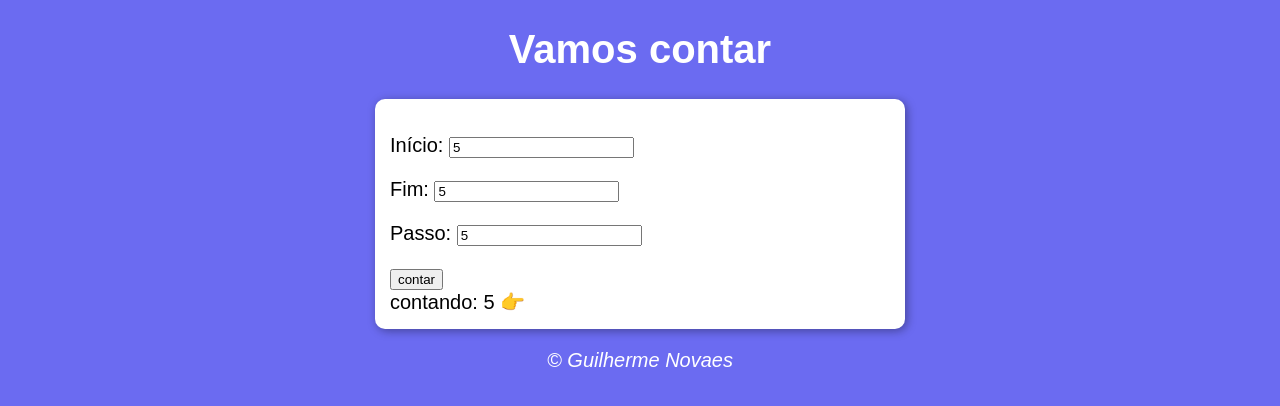
Repository: Guilherme-RNovaes/JavaScript-Curso
Page: Aula 14ex/ex016/index.html
An editor plug-in stored every save of this project. The page is shown before and after a run of saves, followed by the edit.
The browser window is 1280 px wide. The pictures show the whole page.
Empty fields were first filled with sample values (such as "Sample", 5 or name@example.com).
After loading, the first visible `#dados > input` was clicked once.

Above is the page before, as saved 2022-09-07 11:28:19.

After the next 3 saves:
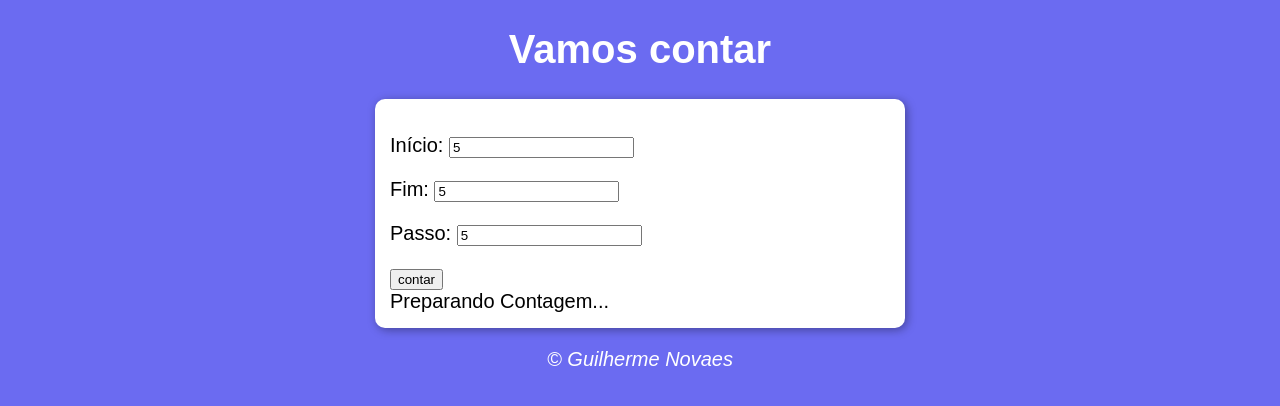
Console error (its wording comes from the project's code and is left out).
The 3 saves are shown as one change because they came seconds apart.
The last was saved 27 s later.
--- a/Aula 14ex/ex016/script.js
+++ b/Aula 14ex/ex016/script.js
@@ -15,6 +15,6 @@
         for(let c = i; c <= f; c += p){
             res.innerHTML += `${c} \u{1F449}`
         }
-        res.innerHTML += ``
+        res.innerHTML += `\u{}`
     }
 }

After the save that followed:
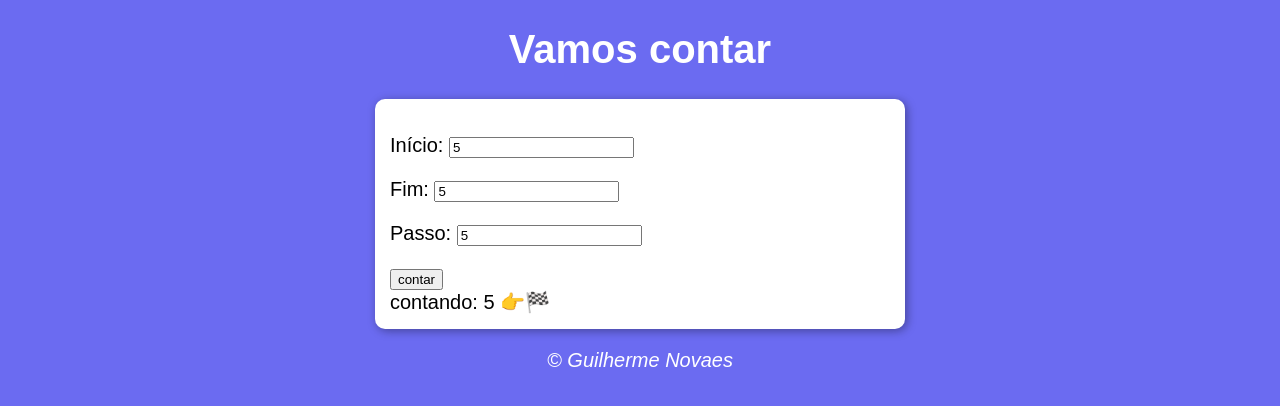
The error is gone.
Saved 4 s later.
--- a/Aula 14ex/ex016/script.js
+++ b/Aula 14ex/ex016/script.js
@@ -15,6 +15,6 @@
         for(let c = i; c <= f; c += p){
             res.innerHTML += `${c} \u{1F449}`
         }
-        res.innerHTML += `\u{}`
+        res.innerHTML += `\u{1F3C1}`
     }
 }
